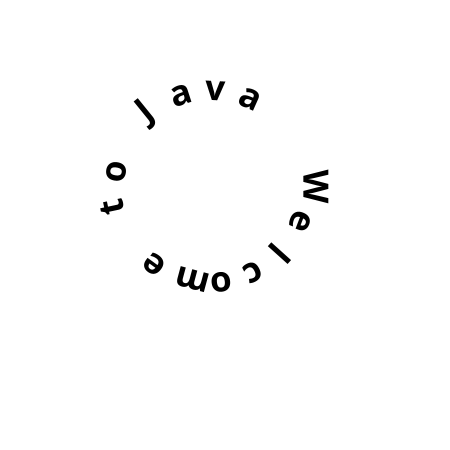
Repository: Mselenko/Java
Program's window: java w_5/JavaFx/src/task_3/CircleText.java
The author's editor kept a copy of each file at every save. The program's window is drawn from the files as they stood at one save, then again after the next save.
It runs on Java 21 on a 1366 x 768 screen with JavaFX 11; the title bar is not drawn.

Above is the program's window before, as saved 2019-06-22 01:21:44.

### w_5/JavaFx/src/task_3/CircleText.java
package task_3;

import javafx.application.Application;
import javafx.geometry.Point2D;
import javafx.scene.Scene;
import javafx.scene.layout.Pane;
import javafx.scene.text.Font;
import javafx.scene.text.FontWeight;
import javafx.scene.text.Text;
import javafx.stage.Stage;



public class CircleText extends Application{

    @Override
    public void start(Stage stage)
    {

        Pane pane = new Pane();
        String[] text = "Welcome to Java".split("");
        Font font = Font.font("Times New Roman", FontWeight.EXTRA_BOLD, 35);

        Point2D center = new Point2D(200, 200);

        double radius = 100;
        double angle = 0;
        double rotate = 90;

        for (int i = 0; i < text.length; i++, angle += 21, rotate += 21)
        {
            double x = center.getX() + radius * Math.cos(Math.toRadians(angle));
            double y = center.getY() + radius * Math.sin(Math.toRadians(angle));


            Text newText = new Text(x, y,text[i]);
            newText.setFont(font);
            newText.setRotate(rotate);

            pane.getChildren().add(newText);

        }

        Scene scene = new Scene(pane, 450, 450);

        stage.setTitle("Circle Text");
        stage.setScene(scene);
        stage.show();
    }

    public static void main(String[] args)
    {
        launch(args);
    }
}

After the next save:
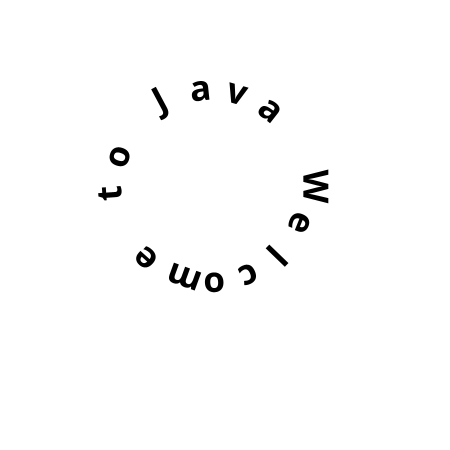
Saved 69 s later.
--- a/w_5/JavaFx/src/task_3/CircleText.java
+++ b/w_5/JavaFx/src/task_3/CircleText.java
@@ -1,13 +1,13 @@
 package task_3;
 
 import javafx.application.Application;
+import javafx.stage.Stage;
+import javafx.scene.text.Text;
 import javafx.geometry.Point2D;
+import javafx.scene.text.Font;
+import javafx.scene.text.FontWeight;
 import javafx.scene.Scene;
 import javafx.scene.layout.Pane;
-import javafx.scene.text.Font;
-import javafx.scene.text.FontWeight;
-import javafx.scene.text.Text;
-import javafx.stage.Stage;
 
 
 
@@ -27,7 +27,7 @@
         double angle = 0;
         double rotate = 90;
 
-        for (int i = 0; i < text.length; i++, angle += 21, rotate += 21)
+        for (int i = 0; i < text.length; i++, angle += 22, rotate += 22)
         {
             double x = center.getX() + radius * Math.cos(Math.toRadians(angle));
             double y = center.getY() + radius * Math.sin(Math.toRadians(angle));
